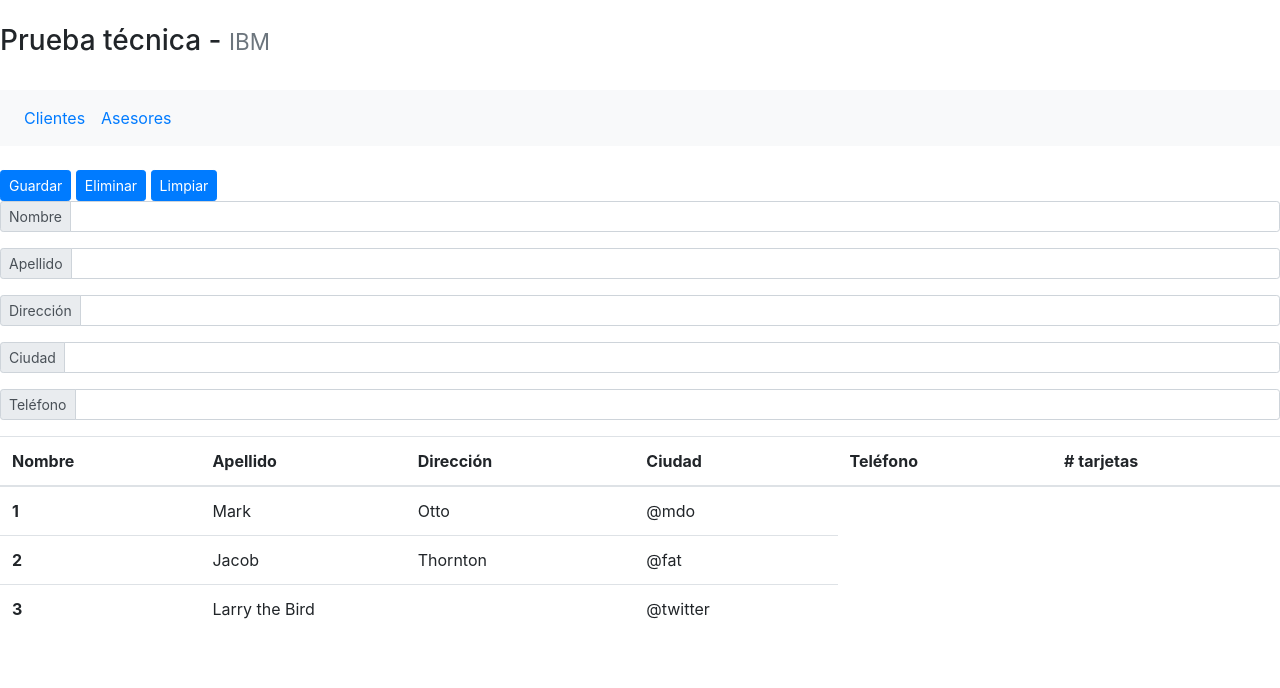
Repository: analozano16/ibm
Page: prueba_banco_war/src/main/webapp/index.html
The author's editor kept a copy of each file at every save. The page is drawn from the files as they stood at one save, then again after the next save.
The browser window is 1280 px wide. The pictures show the whole page.
Some web libraries are served in a nearby version.

Above is the page before, as saved 2020-02-02 20:25:32.

### prueba_banco_war/src/main/webapp/index.html
<!DOCTYPE html>
<html ng-app="Clientes">
<head>
	<title>Prueba</title>
	<meta charset="utf-8" />
	<!-- angular -->
	<script src="https://ajax.googleapis.com/ajax/libs/angularjs/1.7.9/angular.min.js"></script>
	<!-- controlador -->
	<script type="text/javascript" src="app.js"></script>
	<!-- bootstrap -->
	<link rel="stylesheet" href="https://stackpath.bootstrapcdn.com/bootstrap/4.3.1/css/bootstrap.min.css" integrity="sha384-ggOyR0iXCbMQv3Xipma34MD+dH/1fQ784/j6cY/iJTQUOhcWr7x9JvoRxT2MZw1T" crossorigin="anonymous">

</head>
<body>
<br/>
<h3>
  Prueba técnica -
  <small class="text-muted"> IBM</small>
</h3>
<br/>
<nav class="navbar navbar-expand-sm bg-light justify-content-center">
  <ul class="navbar-nav mr-auto">
      <li class="nav-item active">
        <a class="nav-link" href="#">Clientes <span class="sr-only">(current)</span></a>
      </li>
      <li class="nav-item">
        <a class="nav-link" href="#">Asesores</a>
      </li>
  </ul>
</nav>


<br/>
<button type="button" class="btn btn-primary btn-sm">Guardar</button>
<button type="button" class="btn btn-primary btn-sm">Eliminar</button>
<button type="button" class="btn btn-primary btn-sm">Limpiar</button>

<br/>
<div class="input-group input-group-sm mb-3">
  <div class="input-group-prepend">
    <span class="input-group-text" id="inputGroup-sizing-sm">Nombre</span>
  </div>
  <input type="text" class="form-control" aria-label="Small" aria-describedby="inputGroup-sizing-sm">
</div>


<div class="input-group input-group-sm mb-3">
  <div class="input-group-prepend">
    <span class="input-group-text" id="inputGroup-sizing-sm">Apellido</span>
  </div>
  <input type="text" class="form-control" aria-label="Small" aria-describedby="inputGroup-sizing-sm">
</div>
<div class="input-group input-group-sm mb-3">
  <div class="input-group-prepend">
    <span class="input-group-text" id="inputGroup-sizing-sm">Dirección</span>
  </div>
  <input type="text" class="form-control" aria-label="Small" aria-describedby="inputGroup-sizing-sm">
</div>
<div class="input-group input-group-sm mb-3">
  <div class="input-group-prepend">
    <span class="input-group-text" id="inputGroup-sizing-sm">Ciudad</span>
  </div>
  <input type="text" class="form-control" aria-label="Small" aria-describedby="inputGroup-sizing-sm">
</div>
<div class="input-group input-group-sm mb-3">
  <div class="input-group-prepend">
    <span class="input-group-text" id="inputGroup-sizing-sm">Teléfono</span>
  </div>
  <input type="text" class="form-control" aria-label="Small" aria-describedby="inputGroup-sizing-sm">
</div>


<table class="table table-hover">
  <thead>
    <tr>
      <th scope="col">Nombre</th>
      <th scope="col">Apellido</th>
      <th scope="col">Dirección</th>
      <th scope="col">Ciudad</th>
      <th scope="col">Teléfono</th>
      <th scope="col"># tarjetas</th>
    </tr>
  </thead>
  <tbody>
    <tr>
      <th scope="row">1</th>
      <td>Mark</td>
      <td>Otto</td>
      <td>@mdo</td>
    </tr>
    <tr>
      <th scope="row">2</th>
      <td>Jacob</td>
      <td>Thornton</td>
      <td>@fat</td>
    </tr>
    <tr>
      <th scope="row">3</th>
      <td colspan="2">Larry the Bird</td>
      <td>@twitter</td>
    </tr>
  </tbody>
</table>
</body>
</html>

### prueba_banco_war/src/main/webapp/app.js
var app = angular.module("Clientes",[]);

app.controller("ClienteController", function($scope){

});

After the next save:
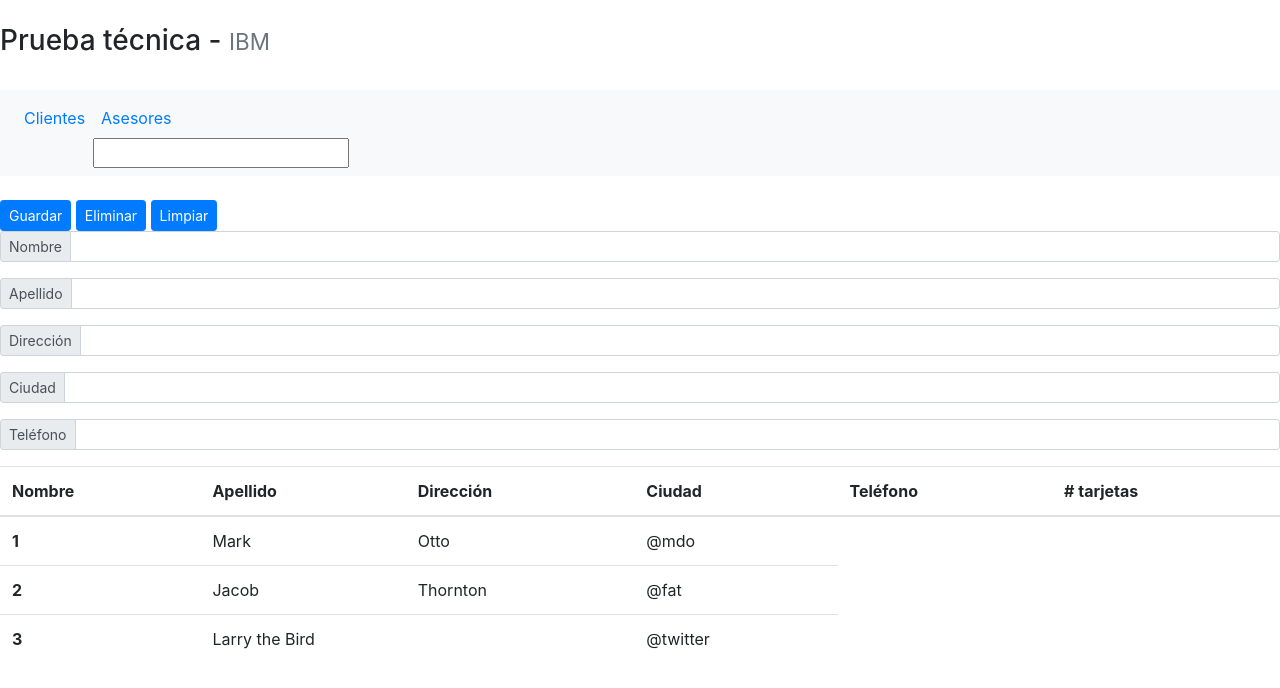
Saved 29 s later.
--- a/prueba_banco_war/src/main/webapp/index.html
+++ b/prueba_banco_war/src/main/webapp/index.html
@@ -25,6 +25,7 @@
       </li>
       <li class="nav-item">
         <a class="nav-link" href="#">Asesores</a>
+        <input type = "text"/>
       </li>
   </ul>
 </nav>
